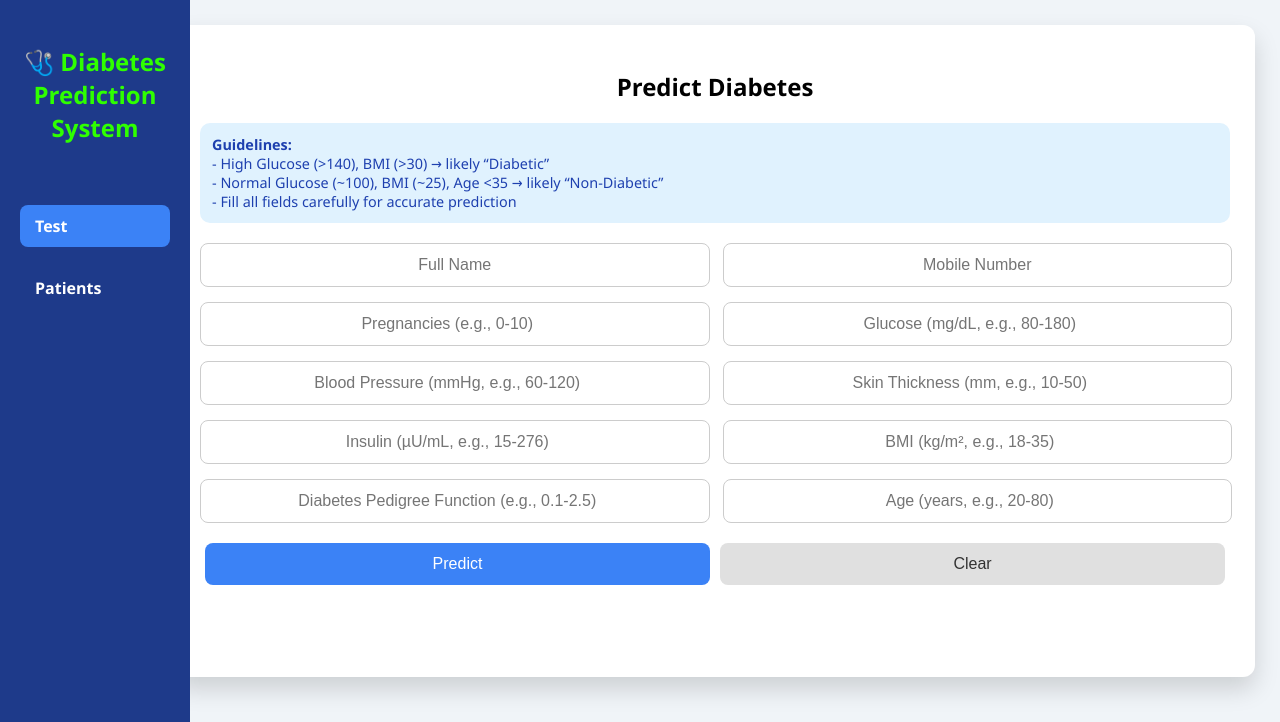
Repository: Aman14150/diabetes-prediction-system
Page: http://localhost/
These files come from the project's save history. The page is drawn as it stood at one moment and after the next save; the edit follows.
The browser window is 1280 px wide. The pictures show the whole page.
The page is served by the project's application, run on Flask 3 (app.py).

Above is the page before, as saved 2025-10-07 20:18:00.

### templates/index.html
<!DOCTYPE html>
<html lang="en">

<head>
    <meta charset="UTF-8">
    <title>Diabetes Prediction</title>
    <link rel="stylesheet" href="{{ url_for('static', filename='style.css') }}">
</head>

<body>
    <div class="container">
        <aside class="sidebar">
            <h2 id="menu">🩺 Diabetes Prediction System</h2>
            <ul>
                <li><a href="/" class="{% if not show_patients %}active{% endif %}">Test</a></li>
                <li><a href="/patients" class="{% if show_patients %}active{% endif %}">Patients</a></li>
            </ul>
        </aside>

        <main class="content">
            {% if not show_patients %}
            <!-- Test Form -->
            <div class="card">
                <h2>Predict Diabetes</h2>
                <div class="guidelines">
                    <strong>Guidelines:</strong><br>
                    - High Glucose (>140), BMI (>30) → likely “Diabetic”<br>
                    - Normal Glucose (~100), BMI (~25), Age <35 → likely “Non-Diabetic”<br>
                        - Fill all fields carefully for accurate prediction
                </div>

                <form id="diabetesForm" action="/predict" method="post">
                    <input type="text" name="name" placeholder="Full Name" required>
                        <input type="tel" name="mobile" placeholder="Mobile Number" required>
                        <input type="number" name="Pregnancies" placeholder="Pregnancies (e.g., 0-10)" step="any" required>
                        <input type="number" name="Glucose" placeholder="Glucose (mg/dL, e.g., 80-180)" step="any" required>
                        <input type="number" name="BloodPressure" placeholder="Blood Pressure (mmHg, e.g., 60-120)" step="any" required>
                        <input type="number" name="SkinThickness" placeholder="Skin Thickness (mm, e.g., 10-50)" step="any" required>
                        <input type="number" name="Insulin" placeholder="Insulin (µU/mL, e.g., 15-276)" step="any" required>
                        <input type="number" name="BMI" placeholder="BMI (kg/m², e.g., 18-35)" step="any" required>
                        <input type="number" name="DiabetesPedigreeFunction" placeholder="Diabetes Pedigree Function (e.g., 0.1-2.5)" step="any" required>
                        <input type="number" name="Age" placeholder="Age (years, e.g., 20-80)" step="any" required>
                    <div class="button-group">
                        <button type="submit" id="predictBtn">Predict</button>
                        <button type="button" id="clearBtn">Clear</button>
                    </div>

                    {% if prediction_text %}
                    <div class="prediction">{{ prediction_text }}</div>
                    {% else %}
                    <div class="prediction">&nbsp;</div>
                    {% endif %}
                </form>
            </div>
            {% else %}
            <!-- Patients Table -->
            <div class="card">
                <h2>Patients List</h2>
                <table>
                    <thead>
                        <tr>
                            <th>Sr. No.</th> <!-- Serial Number -->
                            {% for col in patient_columns[1:] %} <!-- Skip DB ID -->
                            <th>{{ col|capitalize }}</th>
                            {% endfor %}
                            <th>Action</th>
                        </tr>
                    </thead>
                    <tbody>
                        {% for row in patient_data %}
                        <tr>
                            <td>{{ loop.index }}</td> <!-- Sr. No. using Jinja loop.index -->
                            {% for item in row[1:] %} <!-- Skip DB ID -->
                            <td>{{ item }}</td>
                            {% endfor %}
                            <td>
                                <form action="{{ url_for('delete_patient', patient_id=row[0]) }}" method="post"
                                    style="display:inline;">
                                    <button type="submit" class="delete-btn">Delete</button>
                                </form>
                            </td>
                        </tr>
                        {% endfor %}
                    </tbody>
                </table>
            </div>

            {% endif %}
        </main>
    </div>

    <script>
        document.getElementById('clearBtn')?.addEventListener('click', function () {
            document.getElementById('diabetesForm')?.reset();
        });
    </script>
</body>

</html>

### app.py
from flask import Flask, render_template, request, redirect, url_for
import joblib
import pandas as pd
import mysql.connector

app = Flask(__name__)

# MySQL Connection
db = mysql.connector.connect(
    host="127.0.0.1",
    port=3307,
    user="amanR",
    password="Mysql@150",
    database="diabetes_db"
)
cursor = db.cursor()
print("Database Connected successfully ✅")

# Load model & scaler
model = joblib.load("diabetes_model.pkl")
scaler = joblib.load("scaler.pkl")

@app.route('/')
def home():
    return render_template('index.html', prediction_text=None, show_patients=False)

@app.route('/predict', methods=['POST'])
def predict():
    try:
        # Personal info
        name = request.form['name']
        mobile = request.form['mobile']

        # Health data
        data = [float(request.form[key]) for key in [
            "Pregnancies","Glucose","BloodPressure","SkinThickness",
            "Insulin","BMI","DiabetesPedigreeFunction","Age"
        ]]
        input_df = pd.DataFrame([data], columns=[
            "Pregnancies","Glucose","BloodPressure","SkinThickness",
            "Insulin","BMI","DiabetesPedigreeFunction","Age"
        ])
        scaled_input = scaler.transform(input_df)
        prediction = model.predict(scaled_input)[0]
        result = "Diabetic" if prediction == 1 else "Non-Diabetic"

        # Save to MySQL
        sql = """INSERT INTO patients
                 (name, mobile, pregnancies, glucose, blood_pressure, skin_thickness, insulin, bmi, dpf, age, prediction)
                 VALUES (%s,%s,%s,%s,%s,%s,%s,%s,%s,%s,%s)"""
        cursor.execute(sql, (name, mobile, *data, result))
        db.commit()

        return render_template('index.html', prediction_text=f"Prediction: 🩺 {result}", show_patients=False)

    except Exception as e:
        return render_template('index.html', prediction_text=f"Error: {str(e)}", show_patients=False)

@app.route('/patients')
def patients():
    cursor.execute("SELECT * FROM patients")
    rows = cursor.fetchall()
    columns = [desc[0] for desc in cursor.description]
    return render_template('index.html', patient_data=rows, patient_columns=columns, show_patients=True)

@app.route('/delete/<int:patient_id>', methods=['POST'])
def delete_patient(patient_id):
    cursor.execute("DELETE FROM patients WHERE id=%s", (patient_id,))
    db.commit()
    return redirect(url_for('patients'))

if __name__ == '__main__':
    app.run(debug=True)

### static/style.css
body {
    font-family: 'Segoe UI', Tahoma, Geneva, Verdana, sans-serif;
    margin: 0;
    padding: 0;
    background: linear-gradient(135deg,#f0f4f8,#d9e2ec);
}

.container {
    display: flex;
    min-height: 100vh;
}

.sidebar {
    width: 150px;
    background: #1e3a8a;
    color: white;
    padding: 25px 20px;
    display: flex;
    flex-direction: column;
    position: fixed;
    top: 0;
    left: 0;
    height: 100vh;
    overflow-y: auto;
}


.sidebar h2 {
    text-align: center;
    margin-bottom: 25px;
    font-size: 1.5rem;
}

.sidebar ul {
    list-style: none;
    padding: 0;
    flex: 1;
}

.sidebar ul li {
    margin: 20px 0;
}

.sidebar ul li a {
    color: white;
    text-decoration: none;
    font-weight: bold;
    display: block;
    padding: 10px 15px;
    border-radius: 8px;
    transition: background 0.3s;
}

.sidebar ul li a.active, .sidebar ul li a:hover {
    background: #3b82f6;
}

.content {
     flex: 1;
    margin-left: 150px;
    padding: 25px;
    background: #f0f4f8;
}

.card {
    background: white;
    padding: 25px;
    border-radius: 12px;
    box-shadow: 0 12px 25px rgba(0,0,0,0.15);
    margin-bottom: 20px;
}

#menu{
    text-align: center;
    color: #2fff00;
}

h2 {
    text-align: center;
    color: #000000;
}


.guidelines {
    background-color: #e0f2fe;
    color: #1e40af;
    padding: 12px;
    border-radius: 10px;
    margin-bottom: 20px;
    font-size: 0.9rem;
    text-align: left;
}

form {
    display: grid;
    grid-template-columns: 1fr 1fr;
    gap: 15px;
}

input {
    width: 100%;
    padding: 12px 0px;
    border-radius: 8px;
    border: 1px solid #ccc;
    font-size: 1rem;
    text-align: center;
}

input:focus {
    outline: none;
    border-color: #3b82f6;
    box-shadow: 0 0 5px rgba(59,130,246,0.5);
}

.button-group {
    grid-column: span 2;
    display: flex;
    justify-content: space-between;
}

button {
    padding: 12px;
    font-size: 1rem;
    border-radius: 8px;
    border: none;
    cursor: pointer;
    flex: 1;
    margin: 5px;
    transition: background-color 0.3s ease;
}

#predictBtn {
    background-color: #3b82f6;
    color: white;
}

#predictBtn:hover {
    background-color: #1e40af;
}

#clearBtn {
    background-color: #e0e0e0;
    color: #333;
}

#clearBtn:hover {
    background-color: #bdbdbd;
}

.prediction {
    grid-column: span 2;
    text-align: center;
    margin-top: 20px;
    font-size: 1.2rem;
    font-weight: bold;
    color: #3b82f6;
}

table {
    width: 100%;
    border-collapse: collapse;
}

table, th, td {
    border: 1px solid #ccc;
}

th, td {
    padding: 12px;
    text-align: center;
}

th {
    background: #3b82f6;
    color: white;
}

.delete-btn {
    background: #ef4444;
    color: white;
    padding: 6px 12px;
    border-radius: 6px;
    border: none;
    cursor: pointer;
    transition: 0.3s;
}

.delete-btn:hover {
    background: #b91c1c;
}

After the next save:
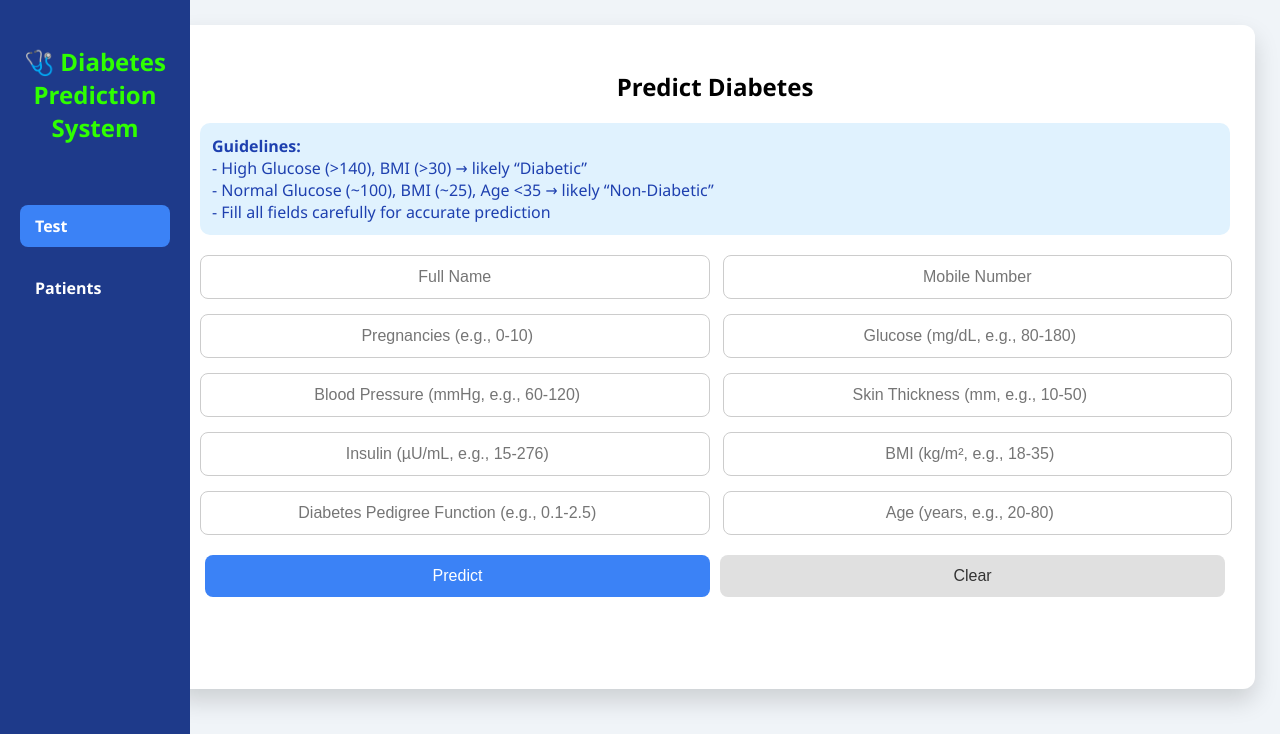
Saved 59 s later.
--- a/static/style.css
+++ b/static/style.css
@@ -87,7 +87,7 @@ h2 {
     padding: 12px;
     border-radius: 10px;
     margin-bottom: 20px;
-    font-size: 0.9rem;
+    font-size: 1rem;
     text-align: left;
 }
 
